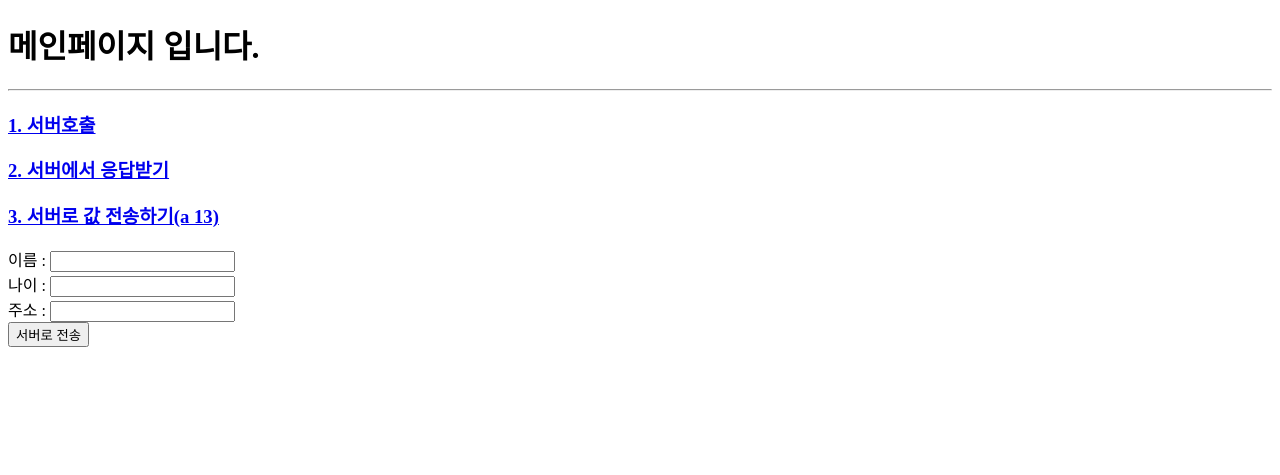
Repository: ParkHyeonju12/servlet
Page: web-workspace/02_noDbProject/src/main/webapp/index.html
An editor plug-in stored every save of this project. The page is shown before and after the next save, followed by the edit.
The browser window is 1280 px wide. The pictures show the whole page.

Above is the page before, as saved 2022-08-29 07:40:25.

After the next save:
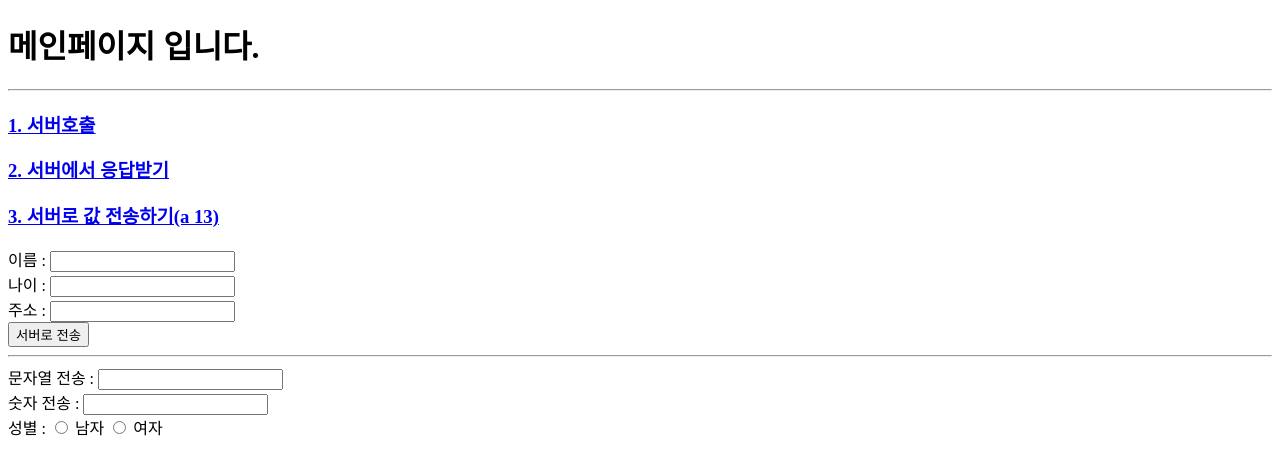
Saved 5 min 4 s later.
--- a/web-workspace/02_noDbProject/src/main/webapp/index.html
+++ b/web-workspace/02_noDbProject/src/main/webapp/index.html
@@ -16,5 +16,15 @@
 		주소 : <input type="text" name="addr"><br>
 		<input type="submit" value = "서버로 전송">
 	</form>
+	<hr>
+	<form action="/sendData3.do" method="posts">
+		문자열 전송 : <input type="text" name="str"><br>
+		숫자 전송 : <input type="text" name="num"><br>
+		성별 :
+			<input type="radio" name="gender" value="남" id="m">
+			<label for="m">남자</label>
+			<input type="radio" name="gender" value="여" id="f">
+			<label for="f">여자</label>
+	</form>
 </body>
 </html>
